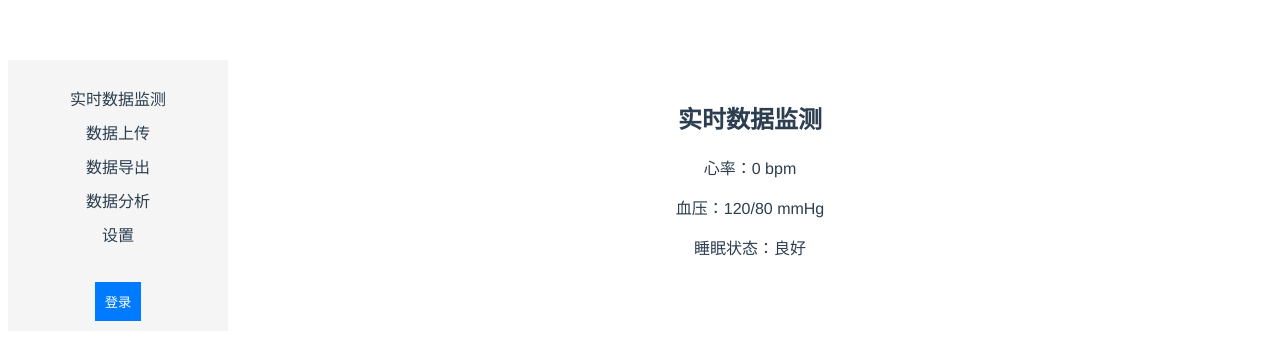
Repository: hyperion0831/The-management-of-IoT-data-sharing-based-on-blockchain
Page: / (app in Dz/frontend/)
An editor plug-in stored every save of this project. The page is shown before and after the next save, followed by the edit.
The browser window is 1280 px wide. The pictures show the whole page.
The project was rebuilt for these pictures with package versions that can differ from the ones it lists, and the page was loaded fresh each time. Also part of the build but not shown: Dz/frontend/vue.config.js, Dz/frontend/src/components/dashboard/DataUpload.vue, Dz/frontend/src/components/dashboard/DataAnalysis.vue, Dz/frontend/src/components/dashboard/AppSettings.vue, Dz/frontend/src/components/dashboard/AppLogin.vue. Imported but missing from the stored project, and not drawn on this page: Dz/frontend/src/components/dashboard/DataExport.vue, Dz/frontend/src/components/dashboard/DoctorAccess.vue.

Above is the page before, as saved 2024-10-29 04:11:12.

### Dz/frontend/src/main.js
import { createApp } from 'vue';
import App from './App.vue';
import router from './router';
import ElementPlus from 'element-plus';
import 'element-plus/dist/index.css';

const app = createApp(App);

app.use(router)
app.use(ElementPlus)
app.mount('#app');

### Dz/frontend/src/App.vue
<template>
  <div id="app">
    <router-view></router-view>
  </div>
</template>

<script>
export default {
  name: 'App'
};
</script>

<style>
#app {
  font-family: Avenir, Helvetica, Arial, sans-serif;
  -webkit-font-smoothing: antialiased;
  -moz-osx-font-smoothing: grayscale;
  text-align: center;
  color: #2c3e50;
  margin-top: 60px;
}
</style>

### Dz/frontend/src/router/index.js
import { createRouter, createWebHistory } from 'vue-router';
import DataDashBoard from '../components/DataDashBoard.vue'; // 导入仪表盘组件
import AppLogin from '../components/dashboard/AppLogin.vue'; // 导入登录组件

const routes = [
  {
    path: '/',
    name: 'DataDashBoard',
    component: DataDashBoard
  },
  {
    path: '/login',
    name: 'AppLogin',
    component: AppLogin // 添加登录页面路由
  }
];

const router = createRouter({
  history: createWebHistory(),
  routes
});

export default router;

### Dz/frontend/src/components/DataDashBoard.vue
<template>
  <div class="datadashboard">
    <!-- 左侧导航栏 -->
    <div class="sidebar">
      <ul>
        <li @click="selectModule('RealTimeMonitoring')">实时数据监测</li>
        <li @click="selectModule('DataUpload')">数据上传</li>
        <li @click="selectModule('DataExport')">数据导出</li>
        <li @click="selectModule('DataAnalysis')">数据分析</li>
        <li @click="selectModule('AppSettings')">设置</li>
        <!-- 仅当用户为医生时显示医生访问入口 -->
        <li v-if="isDoctor" @click="selectModule('DoctorAccess')">医生访问</li>
      </ul>
      <button class="login-button" @click="goToLogin">登录</button> <!-- 添加登录按钮 -->

    </div>

    <!-- 主内容区域 -->
    <div class="content">

      <keep-alive>
        <component
          :is="activeModuleComponent"
          v-bind="getModuleProps(activeModule)"
          @switchToCheckList="selectModule('RealTimeMonitoring')"
        />
      </keep-alive>
    </div>
  </div>
</template>

<script>
import DataUpload from './dashboard/DataUpload.vue';
import DataExport from './dashboard/DataExport.vue';
import RealTimeMonitoring from './dashboard/RealTimeMonitoring.vue';
import DataAnalysis from './dashboard/DataAnalysis.vue';
import AppSettings from './dashboard/AppSettings.vue';
import AppLogin from './dashboard/AppLogin.vue';
import DoctorAccess from './dashboard/DoctorAccess.vue';


export default {
  name: 'DataDashBoard',
  components: {
    RealTimeMonitoring,
    DataUpload,
    DataExport,
    DataAnalysis,
    AppSettings,
    AppLogin,
    DoctorAccess,
  },
  data() {
    return {
      activeModule: 'RealTimeMonitoring', // 设置初始模块
      publishedItems: [], // 用于存储数据内容
      userInfo: null, // 保存用户信息
    };
  },
  created() {
    const storedUserInfo = localStorage.getItem('userInfo');
    if (storedUserInfo) {
      const userInfo = JSON.parse(storedUserInfo);
      this.userRole = userInfo.identity;
      this.userName = userInfo.name;
      this.doctorId = userInfo.doctorId;
    }
  },
  computed: {
    activeModuleComponent() {
      // 根据 activeModule 动态返回组件名称
      const componentMap = {
        RealTimeMonitoring: 'RealTimeMonitoring',
        DataUpload: 'DataUpload',
        DataExport: 'DataExport',
        DataAnalysis: 'DataAnalysis',
        AppSettings: 'AppSettings',
        AppLogin: 'AppLogin',
        DoctorAccess: 'DoctorAccess',
      };
      return componentMap[this.activeModule] || 'div';
    },
    isDoctor() {
      return this.userRole === 'doctor'; // 判断用户是否为医生
    }
  },
  methods: {
    selectModule(module) {
      this.activeModule = module;
    },
    handleLoginSuccess(userRole) {
      this.userRole = userRole; // 在登录成功后设置用户身份
      if (userRole === 'doctor') {
        this.activeModule = 'DoctorAccess';
      }
    },
    getModuleProps(module) {
      // 动态传递组件属性
      if (module === 'RealTimeMonitoring') {
        return { items: this.publishedItems };
      }
      return {};
    },
    handleDataSubmit(dataContent) {
      if (dataContent) {
        this.publishedItems.push(dataContent); // 将数据内容添加到列表中
        this.activeModule = 'RealTimeMonitoring'; // 切换到实时数据监测模块显示
      }
    },
    //登录
    goToLogin() {
      this.activeModule = 'AppLogin'; // 切换到登录模块    }
    },
  }
};
</script>

<style scoped>
.datadashboard {
  display: flex;
}
.sidebar {
  width: 200px;
  padding: 10px;
  background-color: #f5f5f5;
}
.content {
  flex: 1;
  padding: 20px;
}
ul {
  list-style: none;
  padding: 0;
}
li {
  margin: 10px 0;
  cursor: pointer;
}
li:hover {
  font-weight: bold;
}
.login-button {
  margin-top: 20px; /* 添加一些间距 */
  padding: 10px;
  background-color: #007bff;
  color: #fff;
  border: none;
  cursor: pointer;
}
.login-button:hover {
  background-color: #0056b3; /* 鼠标悬停效果 */
}
</style>

### Dz/frontend/src/components/dashboard/RealTimeMonitoring.vue
<template>
    <div class="real-time-monitoring">
      <h2>实时数据监测</h2>
      <p>心率：{{ heartRate }} bpm</p>
      <p>血压：{{ bloodPressure }} mmHg</p>
      <p>睡眠状态：{{ sleepStatus }}</p>
    </div>
  </template>

  <script>
  export default {
    data() {
      return {
        heartRate: 0,
        bloodPressure: "120/80",
        sleepStatus: "良好"
      };
    },
    mounted() {
      // 定时获取实时数据
    }
  }
  </script>

Loaded but not shown: Dz/frontend/public/index.html (common file)

After the next save:
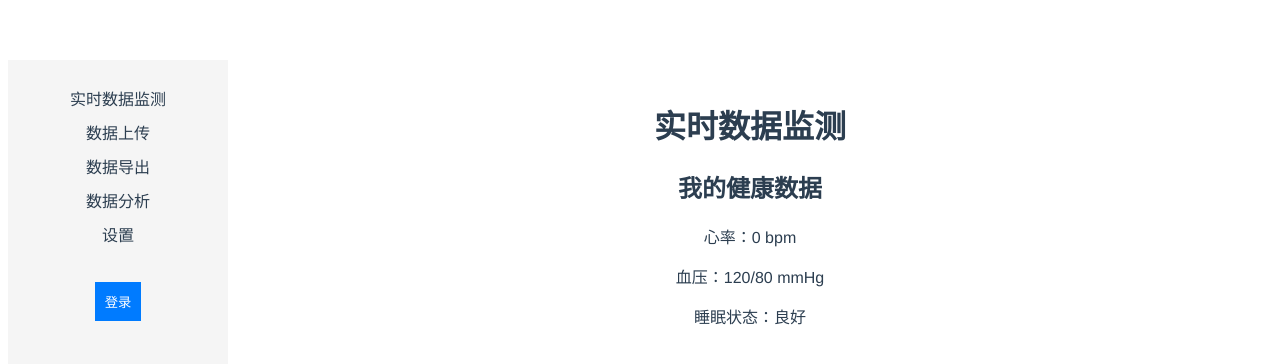
Saved 7 min 37 s later.
--- a/Dz/frontend/src/components/dashboard/RealTimeMonitoring.vue
+++ b/Dz/frontend/src/components/dashboard/RealTimeMonitoring.vue
@@ -1,9 +1,19 @@
 <template>
-    <div class="real-time-monitoring">
-      <h2>实时数据监测</h2>
-      <p>心率：{{ heartRate }} bpm</p>
+    <div>
+      <h1>实时数据监测</h1>
+      <div v-if="isDoctor">
+        <h2>病人列表</h2>
+        <ul>
+          <li v-for="patient in patients" :key="patient.id">
+            {{ patient.name }} - {{ patient.healthData }}
+          </li>
+        </ul>
+      </div>
+      <div v-else>
+        <h2>我的健康数据</h2><p>心率：{{ heartRate }} bpm</p>
       <p>血压：{{ bloodPressure }} mmHg</p>
       <p>睡眠状态：{{ sleepStatus }}</p>
+    </div>
     </div>
   </template>
 
